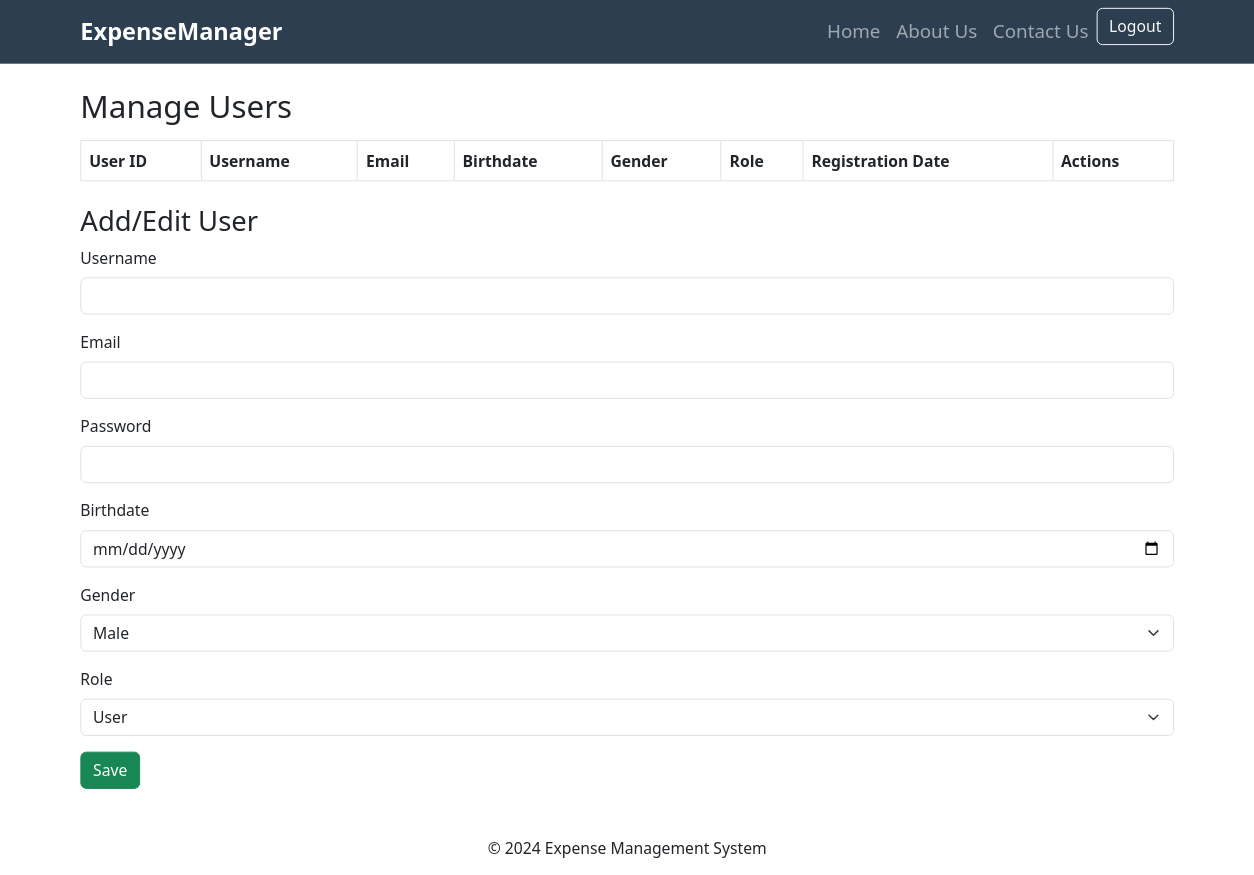
Repository: omlokhande1212/Expense-management
Page: http://localhost/Demo/manageUsers.jsp
These files come from the project's save history. The page is drawn as it stood at one moment and after the next save; the edit follows.
The browser window is 1280 px wide. The pictures show the whole page, at 98% of full size.
The page is served by Tomcat 10. Queries for data that is not in the repository find no rows.

Above is the page before, as saved 2024-11-28 19:02:03.

After the next save:
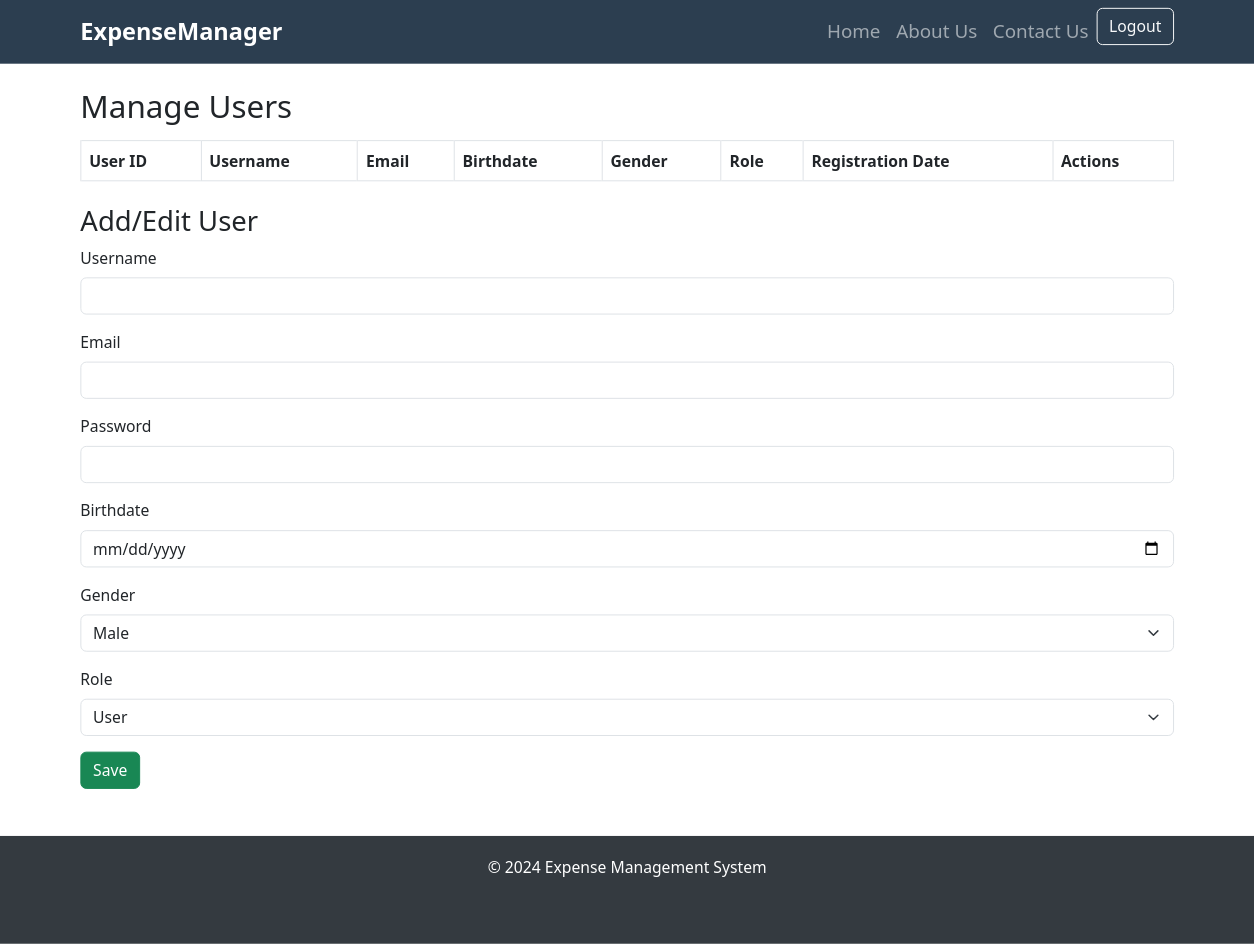
Saved 14 s later.
--- a/expense/Demo/src/main/webapp/manageUsers.jsp
+++ b/expense/Demo/src/main/webapp/manageUsers.jsp
@@ -20,7 +20,34 @@
         .navbar-nav .nav-link:hover {
             background-color: #34495e;
             color: white;
-        }</style>
+        }
+
+    /* Responsive Footer */
+    .footer {
+      background-color: #343a40;
+      color: white;
+      padding: 20px;
+      text-align: center;
+    }
+
+    .social-icons a {
+      color: white;
+      font-size: 20px;
+      margin: 0 10px;
+    }
+
+    /* Footer placement for all screen sizes */
+    @media (max-width: 576px) {
+      .footer {
+        padding: 15px;
+        font-size: 0.9rem;
+      }
+
+      .social-icons a {
+        font-size: 16px;
+      }
+    }
+        </style>
 </head>
 <body>
  <!-- Navbar -->
